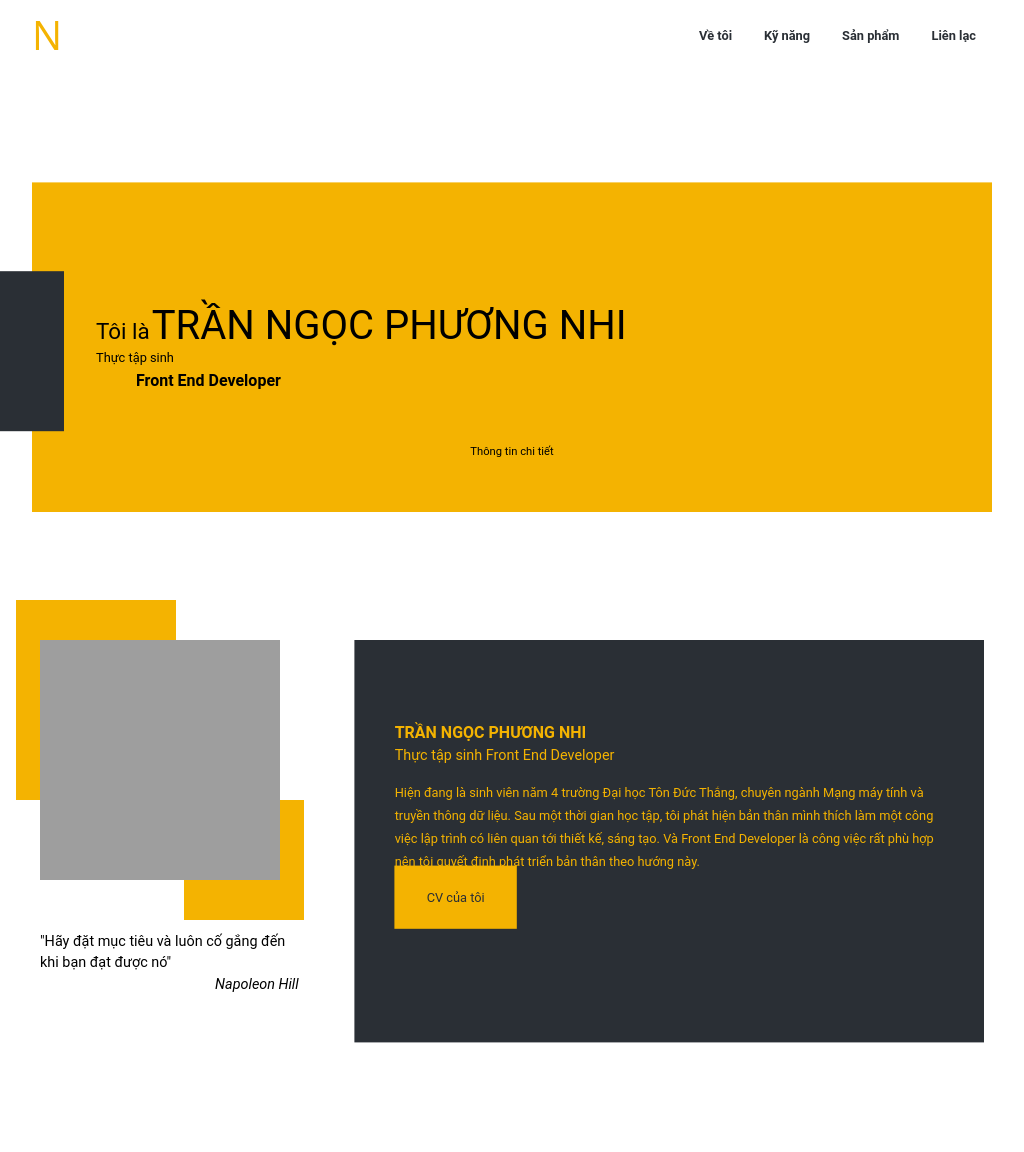
Repository: TranNgocPhuongNhi/my-portfolio
Page: index.html
An editor plug-in stored every save of this project. The page is shown before and after the next save, followed by the edit.
The browser window is 1280 px wide. The pictures show the whole page, at 80% of full size.
Pictures or frames that could not be fetched are drawn as grey boxes. Some icons come from a web library that is not loaded, so they are not drawn. Some web libraries are served in a nearby version.

Above is the page before, as saved 2021-07-04 16:30:14.

After the next save:
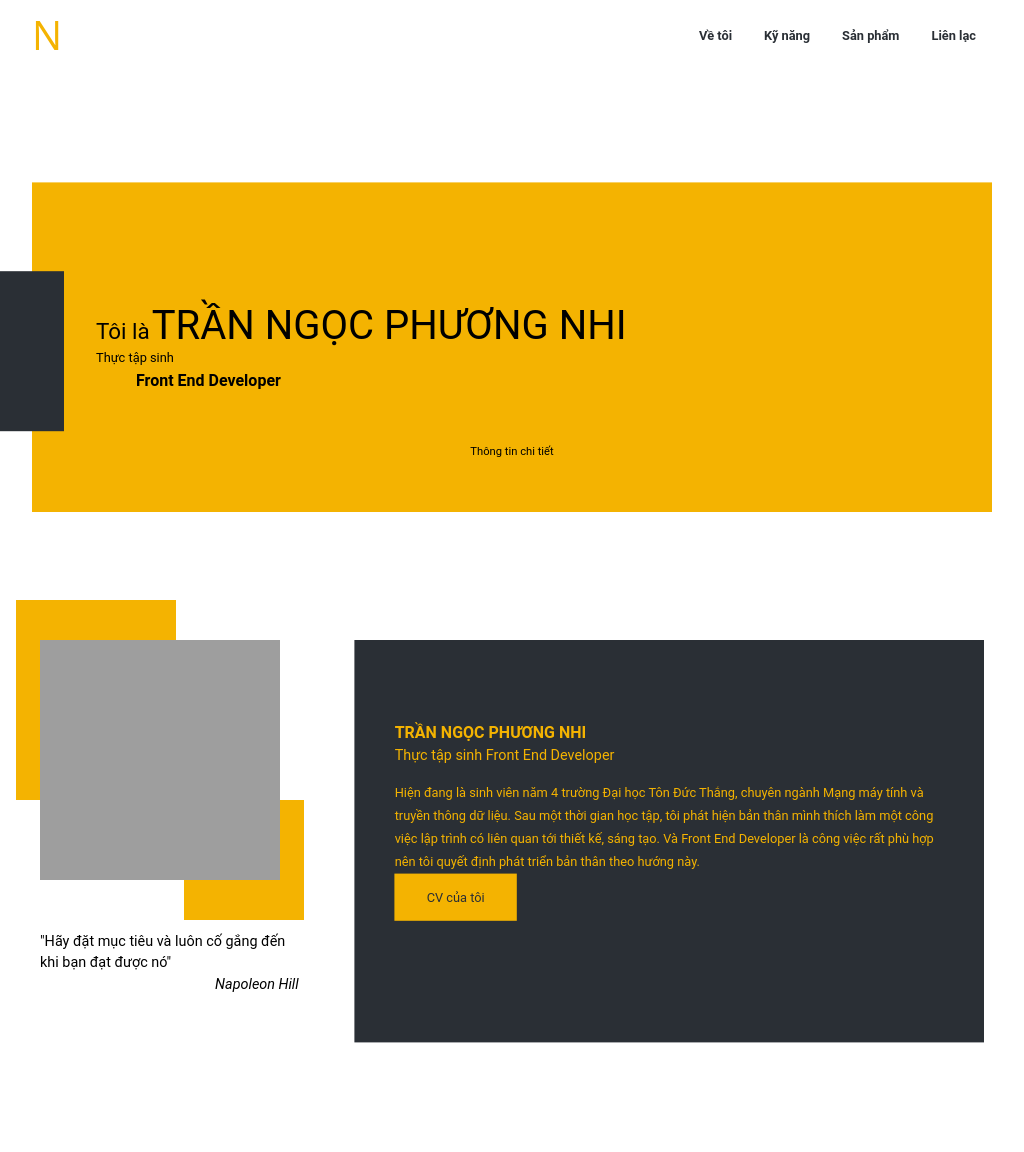
Saved 4 s later.
--- a/resources/css/main.css
+++ b/resources/css/main.css
@@ -237,7 +237,7 @@ a {
     color: var(--primary2);
     font-size: 1.6rem;
     background-color: var(--primary1);
-    padding: 3rem 4rem;
+    padding: 2rem 4rem;
 }
 
 /* =========================================== MY SKILLS ====================================== */
